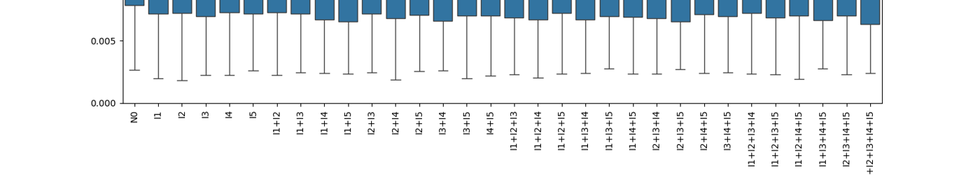
Repository: MarioPasc/Base-de-Datos-Microbiomas
Script's output: python src/mongodb_performance_analysis.py
These files come from the project's save history. The script's output is drawn as it stood at one moment and after the next save; the edit follows.
The pictures show rows 1695 to 3455 of an output 1945 px tall, at 70% of full size.
Each picture stacks the figures in order, with grey between them; figures that are only written to a file come last. Figures wider than 1,400 px are first shrunk to that width. Random numbers start from a fixed seed.

Above is the script's output before, as saved 2024-06-08 12:49:42.
Error (its wording comes from the project's code and is left out).

After the next save:
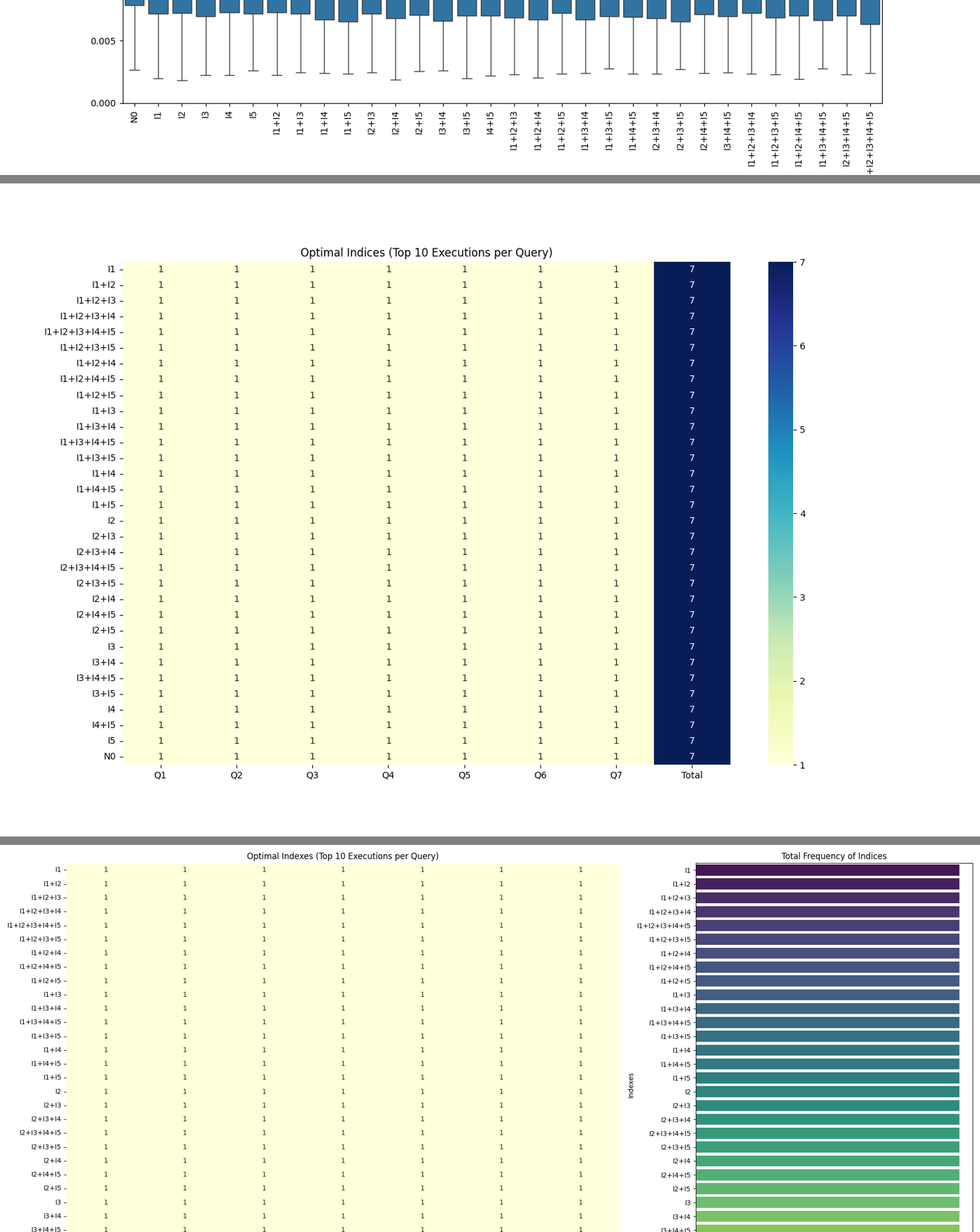
The error is gone.
Saved 20 s later.
--- a/src/mongodb_performance_analysis.py
+++ b/src/mongodb_performance_analysis.py
@@ -143,7 +143,7 @@ if __name__ == "__main__":
     visualizer = MongoDBVisualizer(csv_path, figure_path)
     visualizer.plot_clustered_heatmap()
     visualizer.plot_boxplot()
-    visualizer.plot_clustered_heatmap_by_query()
+    #visualizer.plot_clustered_heatmap_by_query()
     visualizer.plot_optimal_indices_heatmap()
     visualizer.plot_optimal_indices_heatmap_and_freq()
     print(f"Visualizations saved to {figure_path}")
